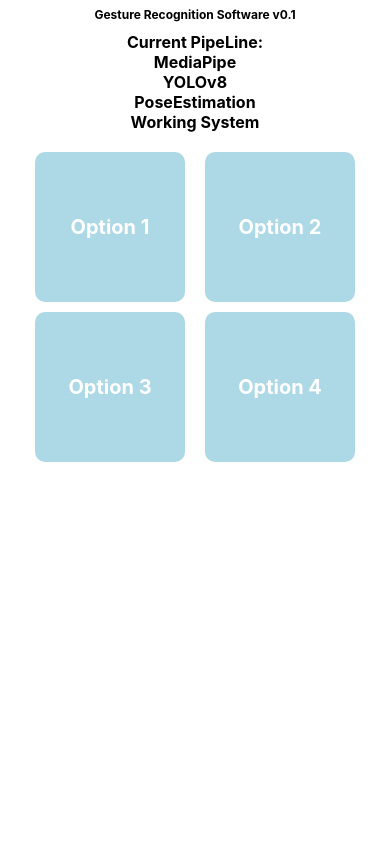
Repository: hajin-park/V-QUIP
Page: / (app in frontend/react-native-app/)
The author's editor kept a copy of each file at every save. The page is drawn from the files as they stood at one save, then again after the next save.
The browser window is 390 px wide. The pictures show the whole page.
The app was drawn by React Native's web renderer in a window 390 px wide. The project was rebuilt for these pictures with package versions that can differ from the ones it lists, and the page was loaded fresh each time.

Above is the page before, as saved 2024-03-29 13:09:40.

After the next save:
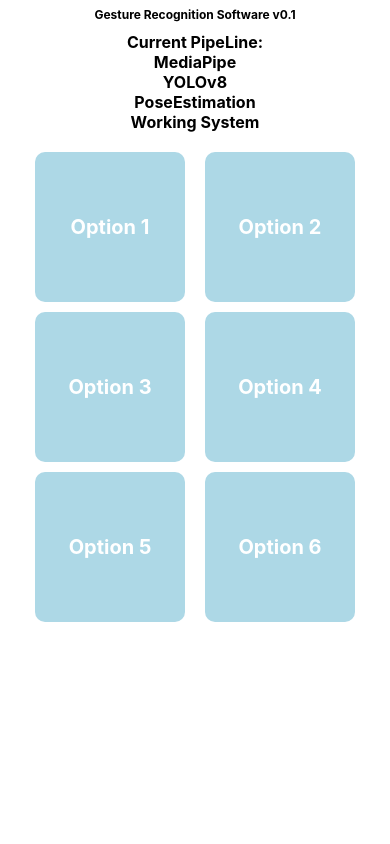
Saved 46 s later.
--- a/frontend/react-native-app/App.js
+++ b/frontend/react-native-app/App.js
@@ -32,6 +32,14 @@ export default function App() {
           </TouchableOpacity>
           <TouchableOpacity style={styles.box} onPress={() => handleOptionClick(4)}>
             <Text style={styles.text}>Option 4</Text>
+          </TouchableOpacity>
+        </View>
+        <View style={styles.row}>
+          <TouchableOpacity style={styles.box} onPress={() => handleOptionClick(3)}>
+            <Text style={styles.text}>Option 5</Text>
+          </TouchableOpacity>
+          <TouchableOpacity style={styles.box} onPress={() => handleOptionClick(4)}>
+            <Text style={styles.text}>Option 6</Text>
           </TouchableOpacity>
         </View>
       </View>
